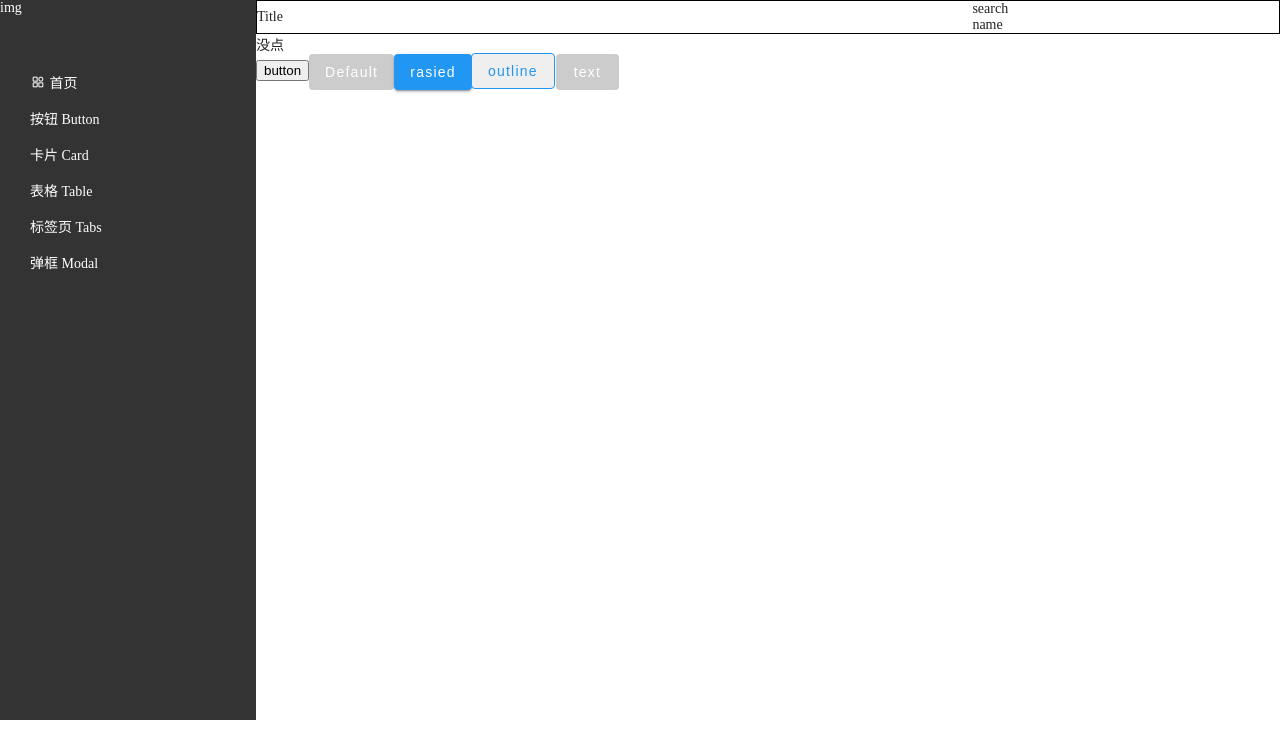
Repository: wyhsunflower/koalaUI
Page: /
The author's editor kept a copy of each file at every save. The page is drawn from the files as they stood at one save, then again after the next save.
The browser window is 1280 px wide. The pictures show the whole page.
The project was rebuilt for these pictures with package versions that can differ from the ones it lists, and the page was loaded fresh each time. Also part of the build but not shown: webpack.config.js, src/components/Modal/Modal.vue. Imported but missing from the stored project, and not drawn on this page: src/views/go/go2.vue.

Above is the page before, as saved 2020-03-12 22:43:38.

After the next save:
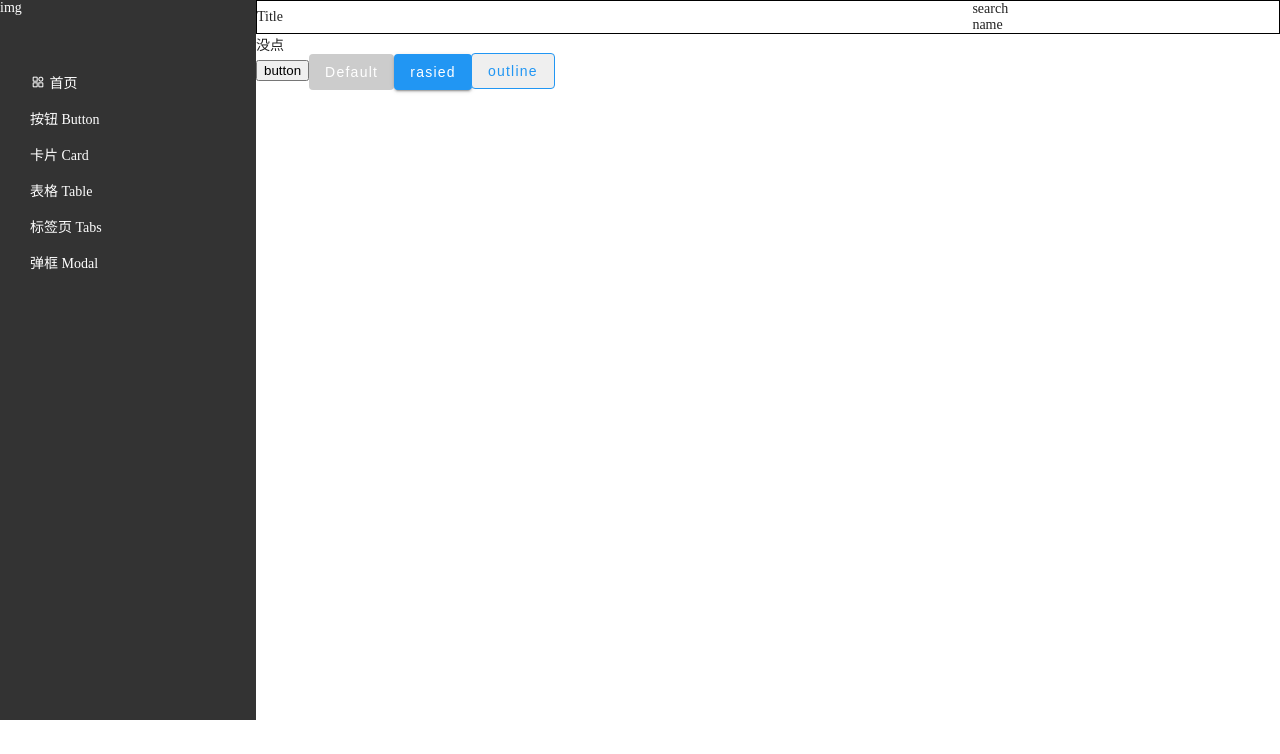
Saved 112 s later.
--- a/src/components/Button/Button.vue
+++ b/src/components/Button/Button.vue
@@ -97,7 +97,8 @@
         transition: box-shadow 280ms cubic-bezier(0.4, 0, 0.2, 1);
     }
     .koala-button-text{
-        background-color:$color-btn-default;
+        background-color: transparent;
+        border-color: $color-btn-primary;
     }
     .koala-button-outline{
         top: -1px;
